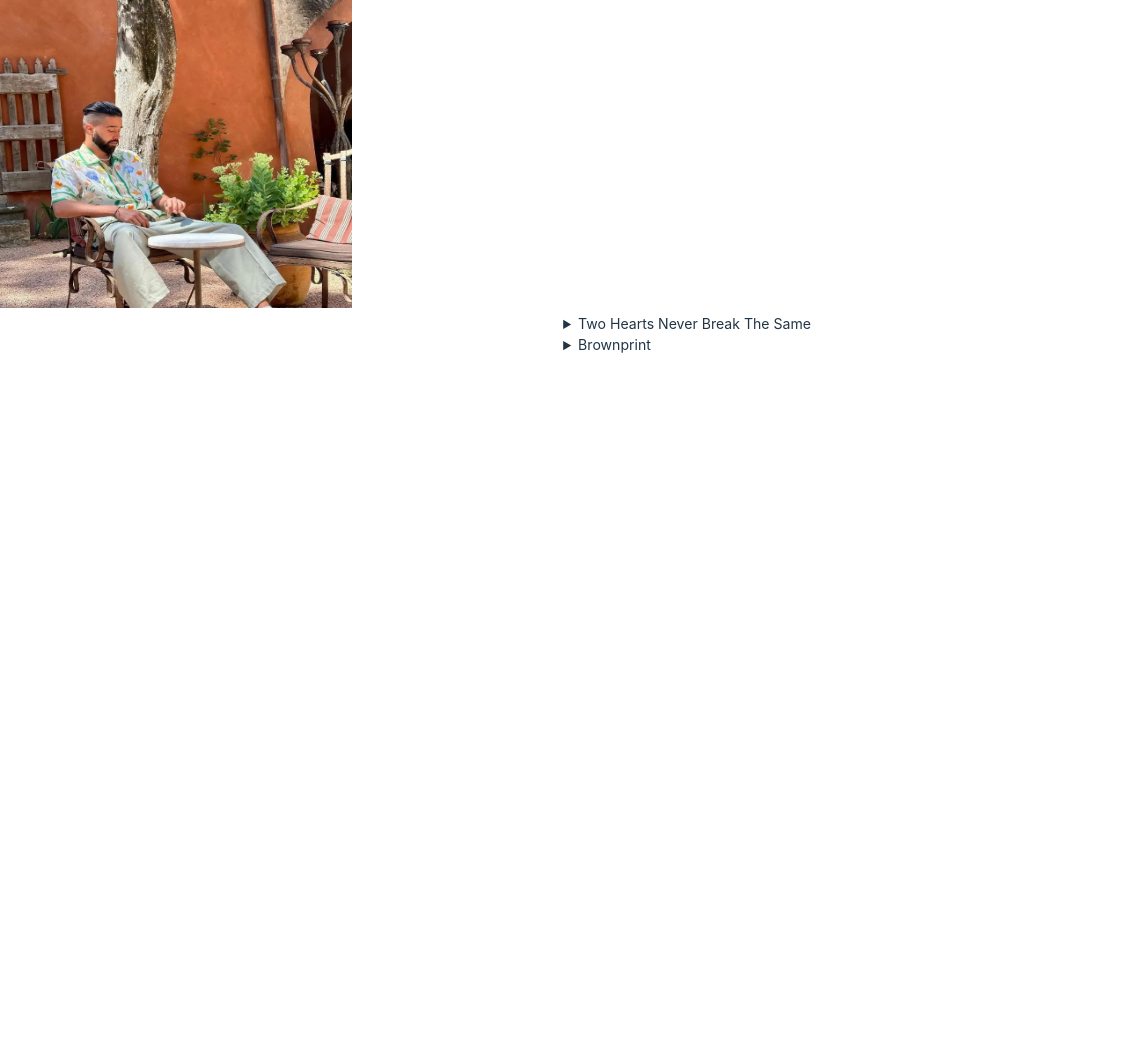
Repository: GavinPahal/my_app
Page: / (app in react/)
These files come from the project's save history. The page is drawn as it stood at one moment and after the next save; the edit follows.
The browser window is 1280 px wide. The pictures show the whole page, at 88% of full size.
The project was rebuilt for these pictures with package versions that can differ from the ones it lists, and the page was loaded fresh each time. Also part of the build but not shown: react/vite.config.js.

Above is the page before, as saved 2024-09-14 11:33:20.

### react/src/App.jsx
import { useState } from 'react'
import ap from '/Untitled-34.jpg'
import './App.css'

function App() {
  return (
    <>

    <img src={ap} alt="Vite logo" width={400} height={350}/>
   <div className='album'>
      <details name="reqs">
  <summary>Two Hearts Never Break The Same</summary>
  <ol>
    <li>All Night(Live)</li>
    <li>Hills</li>
    <li>SummerHigh</li>
    <li>Wo Noor</li>
    <li>Dil Nu</li>
  </ol>
</details>
<details name="reqs">
  <summary>Brownprint</summary>
  <ol>
    <li>Brownprint</li>
    <li>315</li>
    <li>Old Money</li>
    <li>Losing Myself</li>
    <li>Distance</li>
    <li>After Midnight</li>
    <li>Bora Bora</li>
    <li>Sweet Flower</li>
    <li>To Be Contuined</li>
  </ol>
</details>
</div>
    </>
  )
}

export default App

### react/src/App.css
.image{
  display: flex;
  padding-top: 10rem;
  padding-left: 2rem;
}


.album{
padding-left: 40rem;
padding-bottom: 50rem;
padding-right: 20rem;
}

Loaded but not shown: react/index.html (common file); react/src/main.jsx (common file); react/src/index.css (common file)

After the next save:
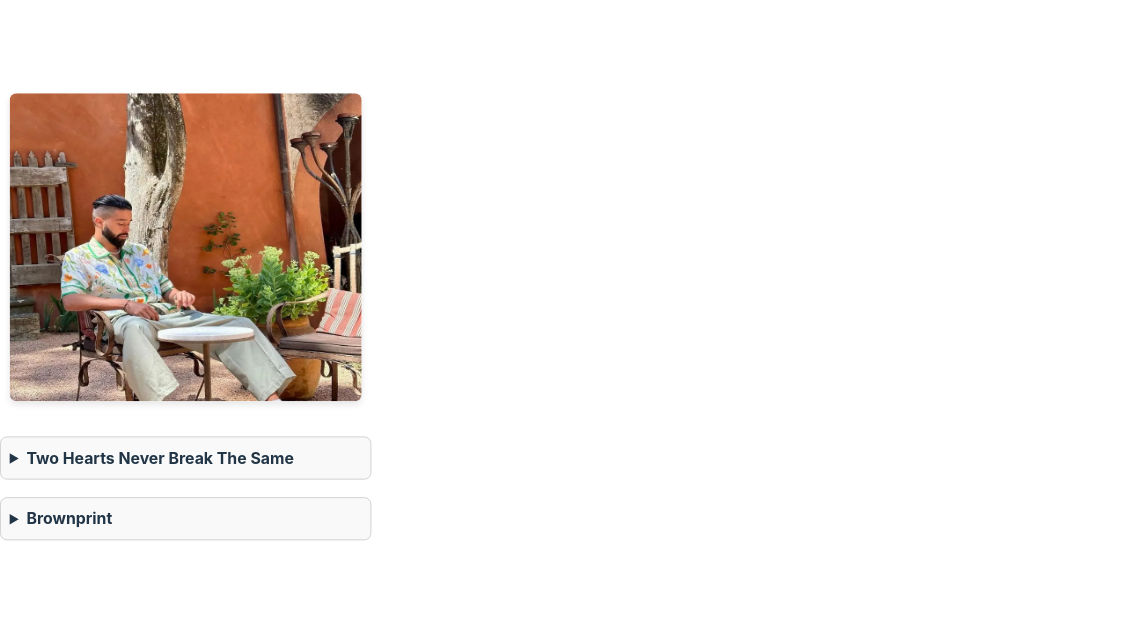
Saved 4 min 34 s later.
--- a/react/src/App.css
+++ b/react/src/App.css
@@ -1,12 +1,42 @@
-.image{
+.album {
   display: flex;
-  padding-top: 10rem;
-  padding-left: 2rem;
+  flex-direction: column;
+  align-items: center;
+  margin-top: 20px;
 }
 
+details {
+  width: 400px;
+  margin-top: 20px;
+  border: 1px solid #ccc;
+  border-radius: 8px;
+  padding: 10px;
+  background-color: #f9f9f9;
+}
 
-.album{
-padding-left: 40rem;
-padding-bottom: 50rem;
-padding-right: 20rem;
+summary {
+  font-size: 18px;
+  font-weight: bold;
+  cursor: pointer;
 }
+
+summary:hover {
+  color: #007bff;
+}
+
+details[open] summary {
+  color: #007bff;
+}
+
+ol {
+  padding-left: 20px;
+  margin: 10px 0;
+  list-style: decimal;
+}
+
+img {
+  display: block;
+  margin: 0 auto;
+  border-radius: 8px;
+  box-shadow: 0 4px 8px rgba(0, 0, 0, 0.1);
+}
